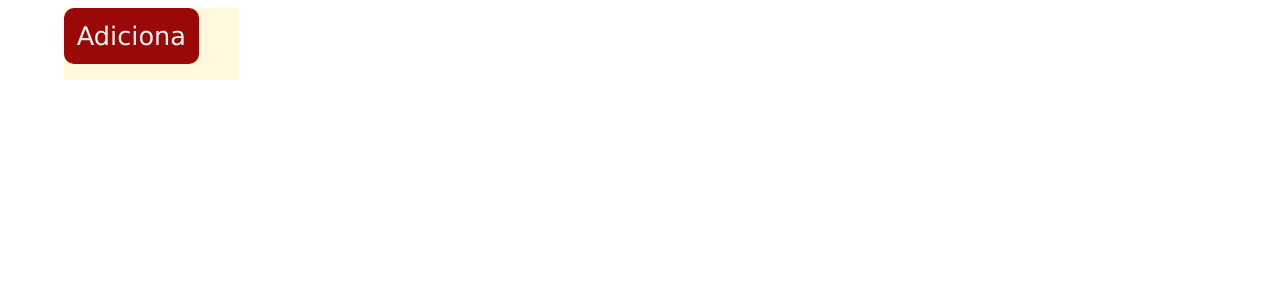
Repository: Orifiel/teste
Page: desafioMod2/desafioJavascript02.html
These files come from the project's save history. The page is drawn as it stood at one moment and after the next save; the edit follows.
The browser window is 1280 px wide. The pictures show the whole page.

Above is the page before, as saved 2020-08-14 16:52:55.

### desafioMod2/desafioJavascript02.html
<!--
1º exercício
Crie um botão que ao ser clicado cria um novo elemento em tela com a forma de um quadrado
vermelho com 100px de altura e largura. Sempre que o botão for clicado um novo quadrado deve
aparecer na tela.
-->
<!DOCTYPE html>
<html lang="pt-br">
<head>
    <meta charset="UTF-8">
    <meta name="viewport" content="width=device-width, initial-scale=1.0">
    <script src="desafioJavascript02.js"></script>
    <title>Document</title>
</head>
<body>
    <style>
        *{
            box-sizing: border-box;
        }

        #container{
            height: 87vh;
            display: flex;
            justify-content: center;
            align-items: center;
            flex-wrap: wrap;
        }
        #button-red-box{
            height: 10vh;
            display: flex;
            justify-content: center;
            align-items: center;
            flex-wrap: wrap;
            background-color: cornsilk;
            position: fixed;
            left: 5vw;
        }

        #button-red-box #button-red {

            font-size: 1.6rem;
            padding: 0.8rem;
            margin-bottom: 1.6rem;
            border: 0;
            outline: none;
            border-radius: 10px;
            background-color: rgb(155, 8, 8);
            color: whitesmoke;
            font-family: verdana;
        }
        #button-red-box #button-red:hover{
            background-color: rgb(226, 53, 53)
        }

        .container-squads {
            width: 100px;
            height: 100px;
            background-color: rgb(255, 0, 0);
            border: 5px solid #5a0511;
            border-radius: 5px;

            margin: 0 auto;
        }

    </style>

        <div id='button-red-box' >
            <button id="button-red" onclick="addSquad()">Adiciona</button>
            <ul id='list-name'>

            </ul>
        </div>

        <div id="container">
            <!-- Aloca as div's criadas pelo javascript-->
        </div>



</body>
</html>

### desafioMod2/desafioJavascript02.js
/*
1º exercício
Crie um botão que ao ser clicado cria um novo elemento em tela com a forma de um quadrado
vermelho com 100px de altura e largura. Sempre que o botão for clicado um novo quadrado deve
aparecer na tela
*/



//função para adicionar um quadrado a tela ao click do botão
function addSquad() {
    //identificado o nó na dom onde ele será inserido
    const caixa = document.querySelector('#container')
    //criando o elemento a ser inserido na dom
    const div = document.createElement('div');
    //adicionando a classe a nova div
    div.classList.add('container-squads')
    //adicionando o evento de passar o mouse sobre a div criada e atribuindo uma função a esse evento
    div.onmouseover =  function colorize() {
        //definindo a da cor da borda, usando a função getRandomColor para gerar a cor aleatoriamente
        div.style.borderColor = getRandomColor()
        //definindo a cor de fundo, usando a função getRandomColor
        const background = div.style.background = getRandomColor()
        console.log(background)


    }
    //anexando a div criada, como filho do nó de id #container
    caixa.appendChild(div)
}
/*
2º exercício
Utilizando o resultado do primeiro desafio, toda vez que o usuário passar o mouse por cima de
algum quadrado troque sua cor para uma cor aleatória gerada pela função abaixo:
 // #E943F0
*/

//função que gera cores aleatorias
function getRandomColor() {
    var letters = "0123456789ABCDEF";
    var color = "#";
    for (var i = 0; i < 6; i++) {
    color += letters[Math.floor(Math.random() * 16)];
    }
    return color;
   }
   var newColor = getRandomColor();


/*
3º exercício
A partir do seguinte vetor:
var nomes = ["Diego", "Gabriel", "Lucas"];
Preencha uma lista (<ul>) no HTML com os itens da seguinte forma:
● Diego
● Gabriel
● Lucas

*/

const nomes = [ "Diego", "Gabriel", "Lucas" ]

After the next save:
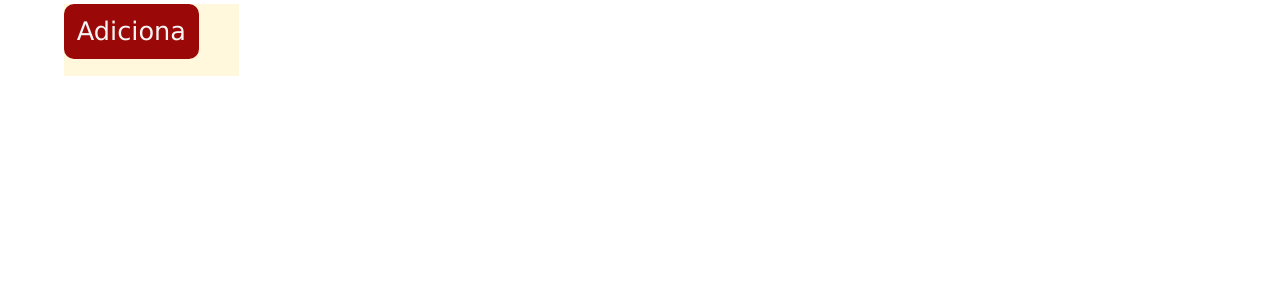
Saved 20 s later.
--- a/desafioMod2/desafioJavascript02.html
+++ b/desafioMod2/desafioJavascript02.html
@@ -34,6 +34,7 @@ aparecer na tela.
             background-color: cornsilk;
             position: fixed;
             left: 5vw;
+            top: 0.5vh
         }
 
         #button-red-box #button-red {
